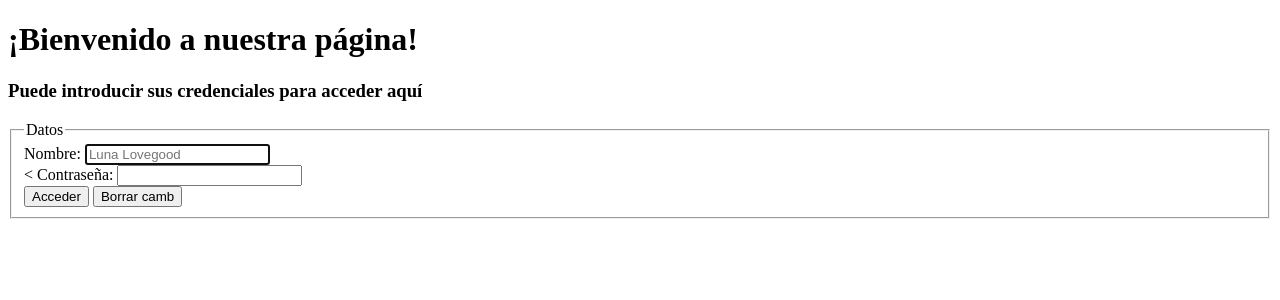
Repository: Pablosky971/Ejercicio-4.-Proyecto-Web
Page: Ejercicio5Servlet/src/main/webapp/formularioLogin.html
An editor plug-in stored every save of this project. The page is shown before and after a run of saves, followed by the edit.
The browser window is 1280 px wide. The pictures show the whole page.

Above is the page before, as saved 2022-03-10 12:18:07.

### Ejercicio5Servlet/src/main/webapp/formularioLogin.html
<!DOCTYPE html>
<html>
<head>
<meta charset="UTF-8">
<title>Login</title>
</head>
<body>

	<h1>¡Bienvenido a nuestra página!</h1>

	<h3>Puede introducir sus credenciales para acceder aquí</h3>
	<main>
    <form action="formulario_exito.html" method="get">

        <fieldset><legend>Datos</legend>

            <label for="nombre">Nombre: </label>

            <input id="nombre" type="text" name="nombre" placeholder="Luna Lovegood" required autofocus/>
            <br />
            <
            <label for="password">Contraseña: </label>
            <input id="password" type="password" name="password" required/>
            <br/>

            <input class="submit" type="submit" value="Acceder" />

            <input class="reset" type="reset" value="Borrar camb" />
        </fieldset>
    </form>
</main>

</body>
</html>

After the next 3 saves:
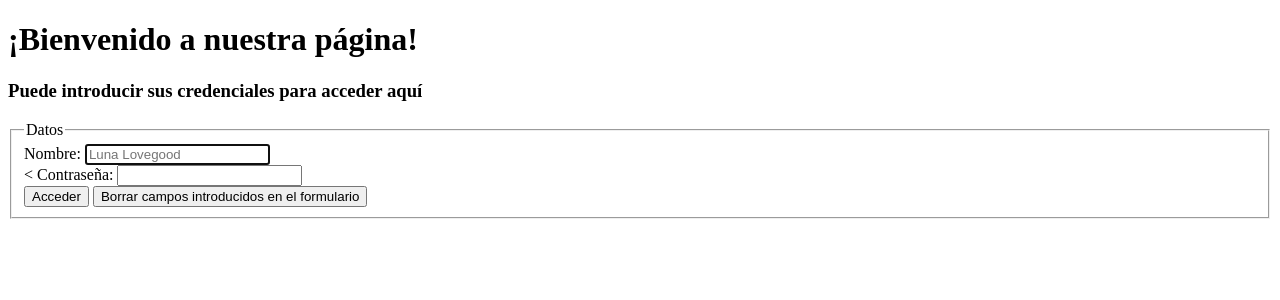
The 3 saves are shown as one change because they came seconds apart.
The last was saved 13 s later.
--- a/Ejercicio5Servlet/src/main/webapp/formularioLogin.html
+++ b/Ejercicio5Servlet/src/main/webapp/formularioLogin.html
@@ -25,7 +25,7 @@
 
             <input class="submit" type="submit" value="Acceder" />
 
-            <input class="reset" type="reset" value="Borrar camb" />
+            <input class="reset" type="reset" value="Borrar campos introducidos en el formulario" />
         </fieldset>
     </form>
 </main>
